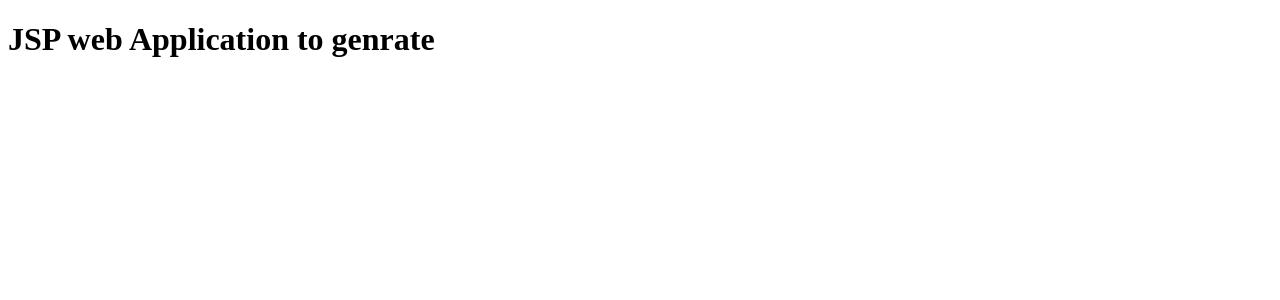
Repository: anuragtiwari3100/Java-Web-Solutions-Kit
Page: http://localhost/JsTagsAndWebAppUsingJSp/jspApp.jsp
These files come from the project's save history. The page is drawn as it stood at one moment and after the next save; the edit follows.
The browser window is 1280 px wide. The pictures show the whole page.
The page is served by Tomcat 9.

Above is the page before, as saved 2024-11-27 10:40:49.

After the next save:
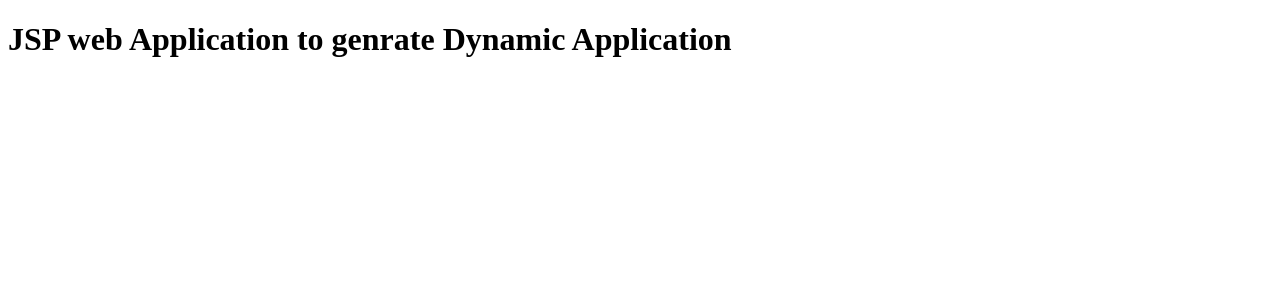
Saved 5 s later.
--- a/JspAndServlet/JsTagsAndWebAppUsingJSp/src/main/webapp/jspApp.jsp
+++ b/JspAndServlet/JsTagsAndWebAppUsingJSp/src/main/webapp/jspApp.jsp
@@ -7,6 +7,6 @@
 <title>Insert title here</title>
 </head>
 <body>
-      <h1> JSP web Application to genrate </h1>
+      <h1> JSP web Application to genrate  Dynamic Application</h1>
 </body>
 </html>
